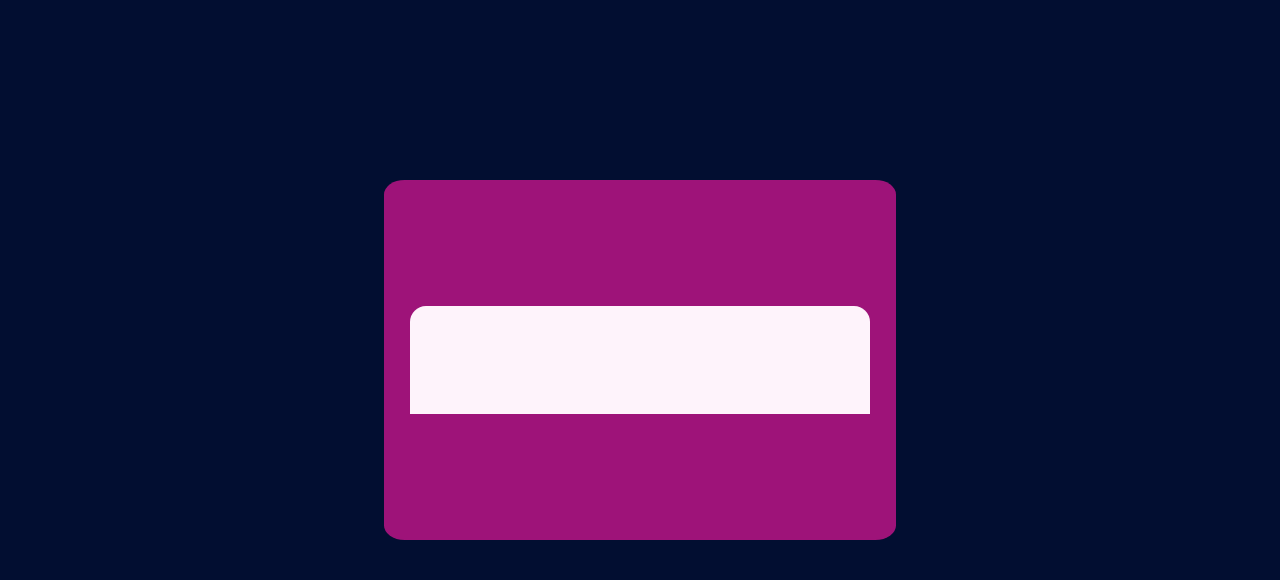
Repository: 2001mariana/Calculator_react
Page: /
The author's editor kept a copy of each file at every save. The page is drawn from the files as they stood at one save, then again after a run of saves.
The browser window is 1280 px wide. The pictures show the whole page.
The project was rebuilt for these pictures with package versions that can differ from the ones it lists, and the page was loaded fresh each time.

Above is the page before, as saved 2023-02-06 17:30:36.

After the next 4 saves:
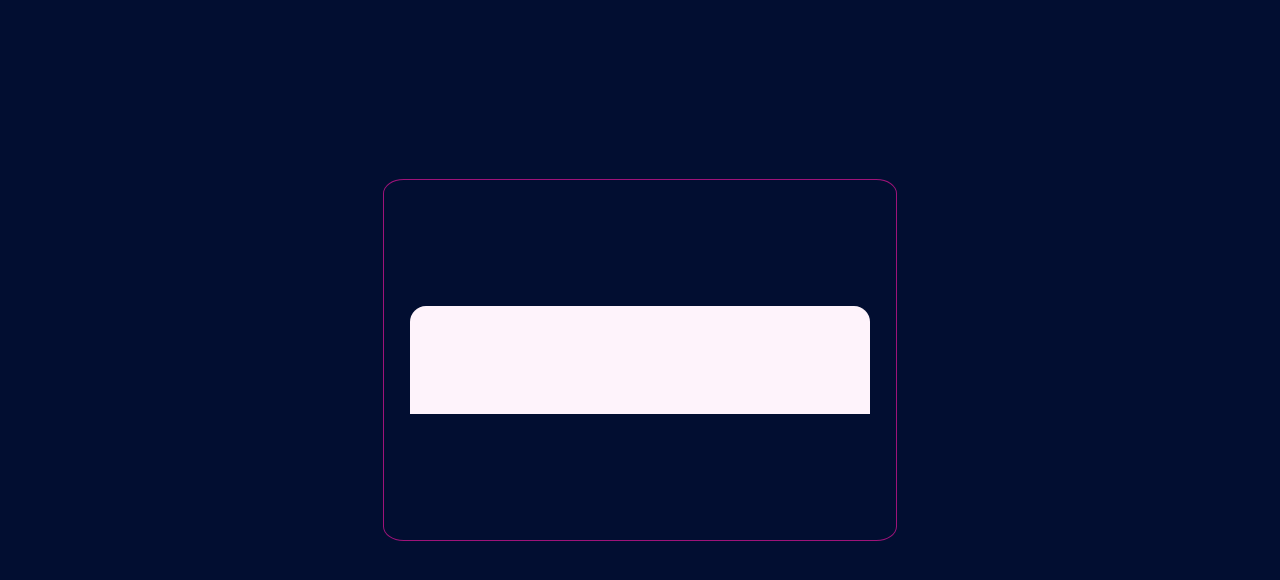
The 4 saves are shown as one change because they came seconds apart.
The last was saved 29 s later.
--- a/src/App.css
+++ b/src/App.css
@@ -10,7 +10,7 @@
   height: 50vh;
   width: 40vw;
   border-radius: 4%;
-  background-color: #9e1379;
+  border: 1px solid #9e1379;
   display: flex;
   flex-direction: column;
   justify-content: center;
